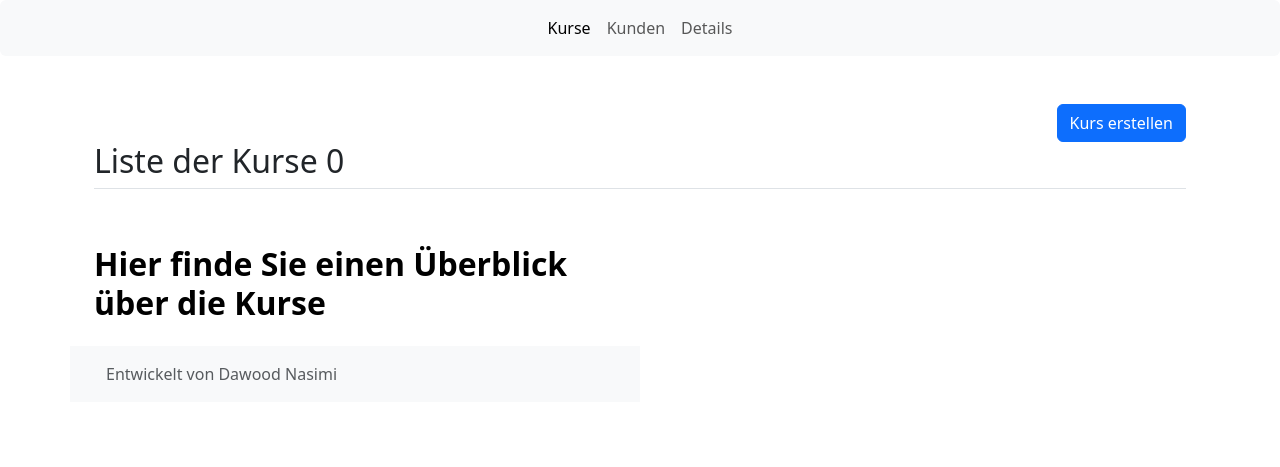
Repository: Dawoodnasimi/kurse
Page: templates/kurse/index.html.twig
These files come from the project's save history. The page is drawn as it stood at one moment and after the next save; the edit follows.
The browser window is 1280 px wide. The pictures show the whole page.
The page is a Twig template of a Symfony application; nobody is signed in and links lead nowhere. The template is opened directly, without the code that normally fills it, so the values that code supplies are empty.

Above is the page before, as saved 2023-10-21 17:11:17.

After the next save:
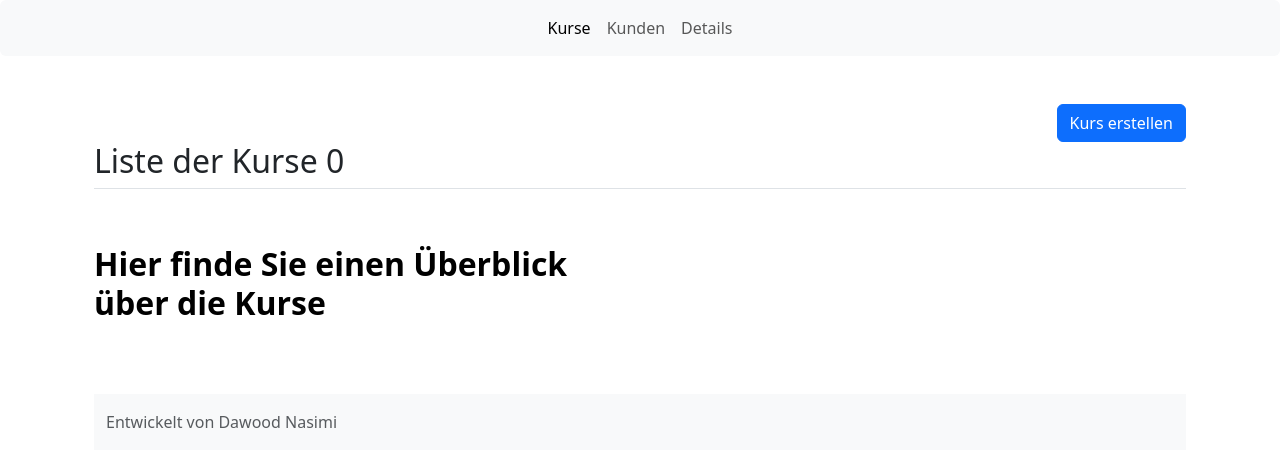
Saved 24 s later.
--- a/templates/kurse/index.html.twig
+++ b/templates/kurse/index.html.twig
@@ -20,10 +20,9 @@
 					<h2 class="fw-bold text-body-emphasis">Hier finde Sie einen Überblick über die Kurse</p>
 				</div>
 
+		{% for kurs in kurse %}
 
 				<div class="col">
-		{% for kurs in kurse %}
-
 					<div class="row row-cols-1 row-cols-sm-2 g-4">
 						<div class="col d-flex flex-column gap-2">
 							<div class="bi bi-backpack4-fill d-inline-flex align-items-center justify-content-start bg-gradient fs-4 rounded-3">
